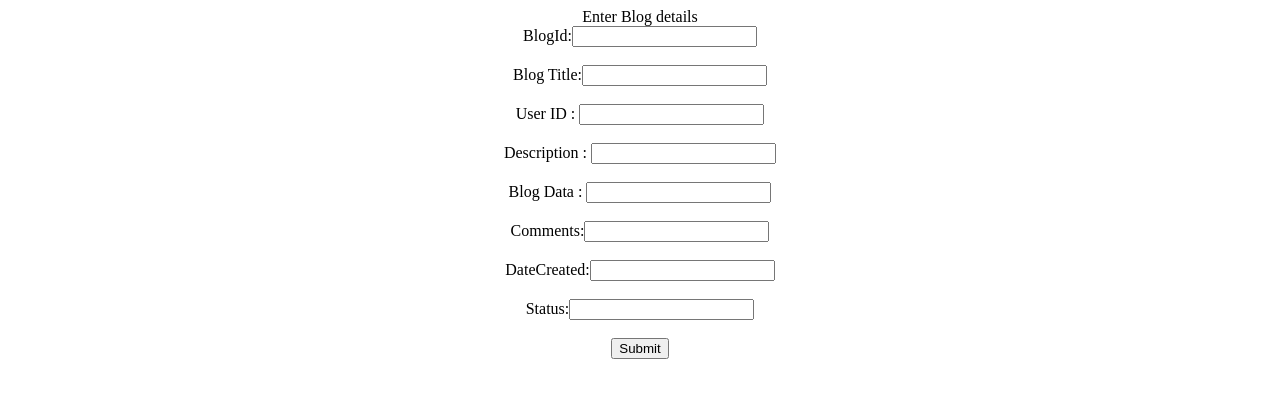
Repository: santosh345/Collabortion
Page: CollaborationFrontEnd/WebContent/c_blog/CreateBlog.html
An editor plug-in stored every save of this project. The page is shown before and after the next save, followed by the edit.
The browser window is 1280 px wide. The pictures show the whole page.

Above is the page before, as saved 2017-05-27 10:08:36.

After the next save:
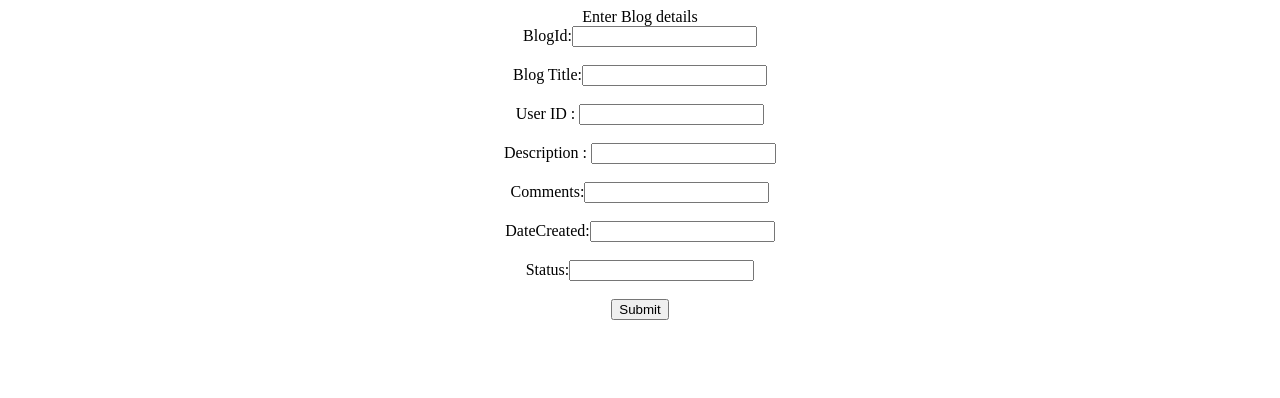
Saved 40 h 20 min later.
--- a/CollaborationFrontEnd/WebContent/c_blog/CreateBlog.html
+++ b/CollaborationFrontEnd/WebContent/c_blog/CreateBlog.html
@@ -9,8 +9,6 @@ Blog Title:<input type="text" ng-model="ctrl.blog.blogtitle"/><br><br>
 User ID : <input type="text" ng-model="ctrl.blog.blogUser_Id"/><br><br>
 
 Description : <input type="text" ng-model="ctrl.blog.blogDescription"/><br><br>
-
-Blog Data : <input type="text" ng-model="ctrl.blog.blogData"/><br><br>
 
 Comments:<input type="text" ng-model="ctrl.blogcomments"/><br></br>
 
